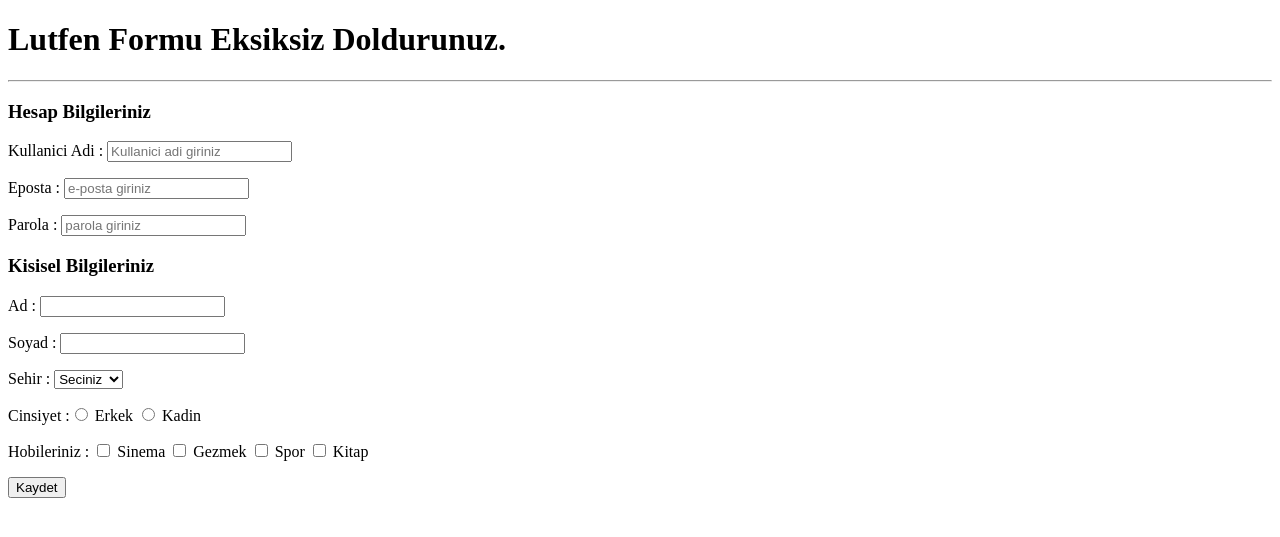
Repository: sammkrt/git101
Page: html-css-TrainingMyself/uygulama4.html
These files come from the project's save history. The page is drawn as it stood at one moment and after the next save; the edit follows.
The browser window is 1280 px wide. The pictures show the whole page.

Above is the page before, as saved 2022-12-22 12:59:02.

After the next save:
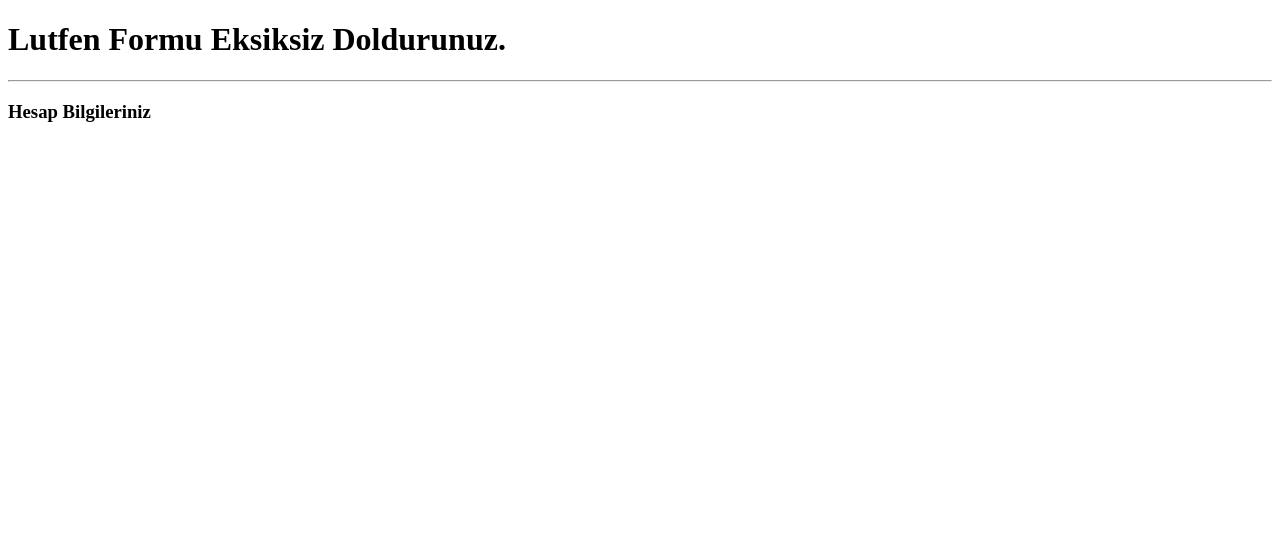
Saved 80 s later.
--- a/html-css-TrainingMyself/uygulama4.html
+++ b/html-css-TrainingMyself/uygulama4.html
@@ -11,44 +11,8 @@
     <hr>
     <h3>Hesap Bilgileriniz</h3>
     <form >
-        <p>
-            Kullanici Adi : <input type="text" placeholder="Kullanici adi giriniz" required>
-        </p>
-        <p>
-            Eposta : <input type="email" placeholder="e-posta giriniz" required>
-        </p>
-        <p>
-            Parola : <input type="password" placeholder="parola giriniz" required>
-        </p>
-        <h3>Kisisel Bilgileriniz</h3>
-        <p>
-            Ad : <input type="text">
-        </p>
-        <p>
-            Soyad : <input type="text">
-        </p>
-        <p>
-            Sehir : <select name="Sehir">
-                <option>Seciniz</option>
-                <option>Ankara</option>
-                <option>Istanbul</option>
-                <option>Izmir</option>
-                <option>Adana</option>
-            </select>
-        </p>
-        <p>
-            Cinsiyet :<input type="radio" name="Cinsiyet">  Erkek
-            <input type="radio" name="Cinsiyet"> Kadin
-        </p>
-        <p>
-            Hobileriniz : <input type="checkbox"> Sinema
-            <input type="checkbox"> Gezmek
-            <input type="checkbox"> Spor
-            <input type="checkbox"> Kitap
-        </p>
-        <p>
-            <input type="submit" value="Kaydet">
-        </p>
+
+
 
 
 
